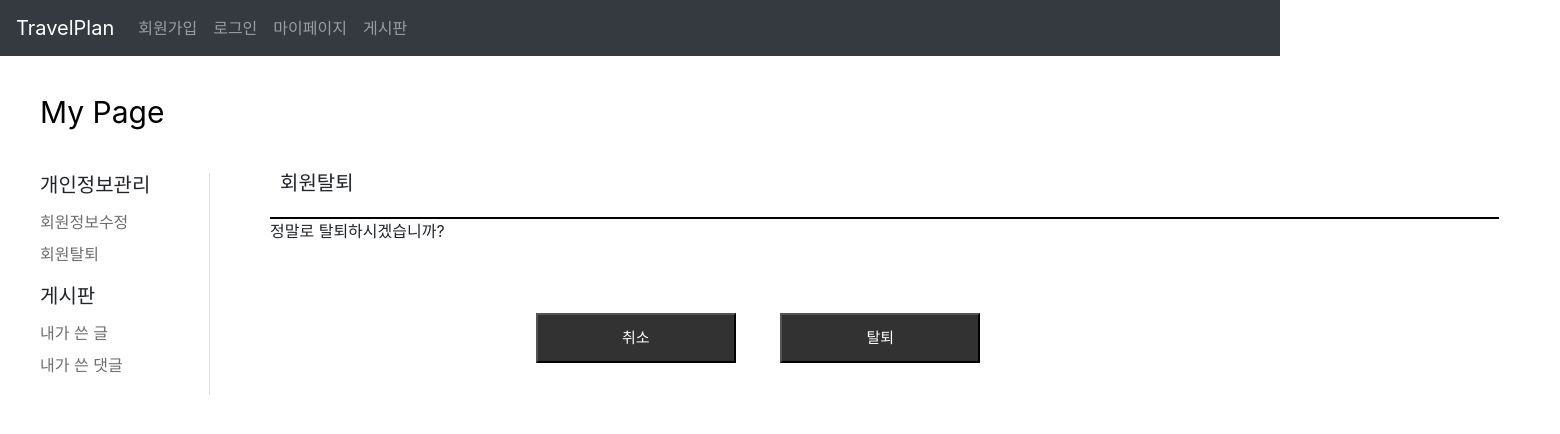
Repository: sna145815/Travel_v1
Page: http://localhost/Travel_v1/WEB-INF/view/deleteuser.jsp
The author's editor kept a copy of each file at every save. The page is drawn from the files as they stood at one save, then again after the next save.
The browser window is 1280 px wide. The page is 1560 px wide, so the pictures cover 1560 px, including what lies to the right of the window. The pictures show the whole page.
The page is served by Tomcat 9. Nobody is signed in. Other server files are loaded and not shown. The template is opened directly, without the code that normally fills it, so the values that code supplies are empty.

Above is the page before, as saved 2022-11-06 14:10:17.

### Travel_v1/src/main/webapp/WEB-INF/view/deleteuser.jsp
<%@ page language="java" contentType="text/html; charset=UTF-8"
    pageEncoding="UTF-8"%>
<%@ include file="/layout/header.jsp" %>

<!DOCTYPE html>
<html>
<head>
	<meta charset="UTF-8">
	<style>
		* {
			margin: 0;
			padding: 0;
		}
		#wrap {
			width: auto;
			min-width: 1560px;
			max-width: 1880px;
			padding: 0px 40px;
			margin: 0px auto;
			box-sizing: border-box;
		}
		#sub_header {
			position: relative;
			padding: 0px 0px 10px;
			margin: 0px auto;
		}
		.visual_area {
			padding: 5px 0px 8px;
			font-size: inherit;
			font-weight: normal;
		}
		.txt > a {
			display: inline-block;
			font-size: 30px;
			font-weight: normal;
			color: rgb(0, 0, 0);
		}
		.menu_area {
			float : left;
			width : 270px;
			border-right: 1px solid #ddd;
		}
		.content_right {
			position: absolute;
			left: 270px;
			top: 200;
			right: 0;
			min-width: 1229px;
		}
		.menu_area {
		 	width: 170px;
		 	float: left;
		 	margin: 24px 40px 0px 0px;
		 	font-size: 14px;
		}
		.menu1, .menu2 {
			display: flex;
			flex-direction: column;
			padding-bottom: 15px;
		}
		.update, .delete, .post, .comment {
			display: flex;
			margin-top: 2px;
			font-size: 16px;
			line-height: 30px;
			color: rgb(110, 110, 110);
		}
		.content-right {
			padding: 0;
			float: right;
		}
		.sectiontitle {
			border-bottom: 2px solid #000000;
			padding-left: 10px;
			padding-bottom: 14px;
			margin-top: 22px;
			line-height: 1.5px;
			font-size: 14px;
			position: relative;
		}
				.button {
			margin-top: 50px;
			margin-left: 20%;
		}
		.btn_cancel, .btn_delete {
			width: 200px;
			height: 50px;
			margin: 20px;
			padding: 10px;
			font-size: 15px;
			border-collapse: collapse;
			vertical-align: middle;
			color: rgb(255, 255, 255);
			background-color: rgb(50, 50, 50);
		}
	</style>
</head>
<body>
	<div id="wrap">
		<div id ="header">
			<div class="visual_area">
				<h1 class="txt">
					<a href="/mypage">My Page</a>
				</h1>
			</div>
		</div>
		<div id ="content_area">
			<div class ="content">
				<div class="content_in">
					<!-- 좌측 메뉴 -->
					<nav class="menu_area">
						<div class="menu1">
							<h5>개인정보관리</h5>
							<a href="/mypage" class="update">회원정보수정</a>
							<a href="/deleteuser" class="delete">회원탈퇴</a>
						</div>
						<div class="menu2">
							<h5>게시판</h5>
							<a href="#" class="post">내가 쓴 글</a>
							<a href="#" class="comment">내가 쓴 댓글</a>
						</div>
					</nav>
					<!-- 콘텐츠 내용 -->
					<section class ="content_right">
						<header class="sectiontitle">
							<h5>회원탈퇴</h5>
						</header>
						<div>
							<p>정말로 탈퇴하시겠습니까?</p>
						</div>
						<div class="button">
							<span>
								<button type="submit" class="btn_cancel">취소</button>
							</span>
							<span>
								<button type="submit" class="btn_delete">탈퇴</button>
							</span>
						</div>
					</section>
				</div>
			</div>
		</div>
	</div>
</body>
</html>

### Travel_v1/src/main/webapp/layout/header.jsp
<%@ page language="java" contentType="text/html; charset=UTF-8"
    pageEncoding="UTF-8"%>
<!DOCTYPE html>

<head>
  <title>TravelPlan</title>
  <meta charset="utf-8">
  <meta name="viewport" content="width=device-width, initial-scale=1">
  <link rel="stylesheet" href="https://cdn.jsdelivr.net/npm/bootstrap@4.6.1/dist/css/bootstrap.min.css">
  <script src="https://cdn.jsdelivr.net/npm/jquery@3.6.0/dist/jquery.slim.min.js"></script>
  <script src="https://cdn.jsdelivr.net/npm/popper.js@1.16.1/dist/umd/popper.min.js"></script>
  <script src="https://cdn.jsdelivr.net/npm/bootstrap@4.6.1/dist/js/bootstrap.bundle.min.js"></script>
</head>
<body>

<nav class="navbar navbar-expand-md bg-dark navbar-dark">
  <a class="navbar-brand" href="#">TravelPlan</a>
  <button class="navbar-toggler" type="button" data-toggle="collapse" data-target="#collapsibleNavbar">
    <span class="navbar-toggler-icon"></span>
  </button>
  <div class="collapse navbar-collapse" id="collapsibleNavbar">
    <ul class="navbar-nav">
      <li class="nav-item">
        <a class="nav-link" href="#">회원가입</a>
      </li>
      <li class="nav-item">
        <a class="nav-link" href="/login">로그인</a>
      </li>
      <li class="nav-item">
        <a class="nav-link" href="/mypage">마이페이지</a>
      </li>
      <li class="nav-item">
        <a class="nav-link" href="#">게시판</a>
      </li>
    </ul>
  </div>
</nav>
<br>

After the next save:
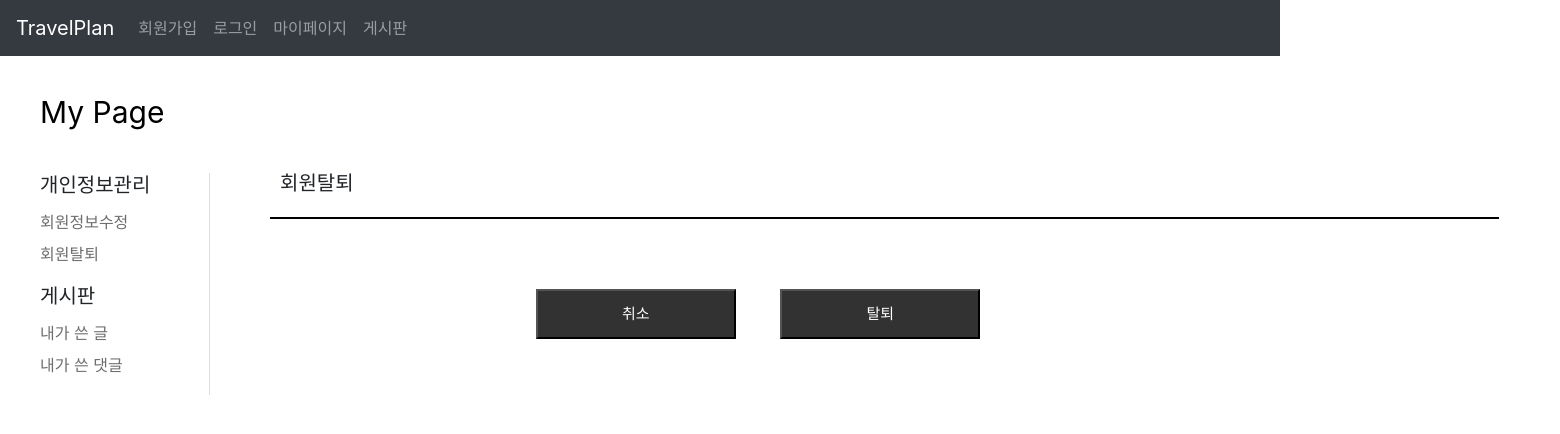
Saved 111 s later.
--- a/Travel_v1/src/main/webapp/WEB-INF/view/deleteuser.jsp
+++ b/Travel_v1/src/main/webapp/WEB-INF/view/deleteuser.jsp
@@ -126,7 +126,8 @@
 							<h5>회원탈퇴</h5>
 						</header>
 						<div>
-							<p>정말로 탈퇴하시겠습니까?</p>
+							<table>
+							</table>
 						</div>
 						<div class="button">
 							<span>
